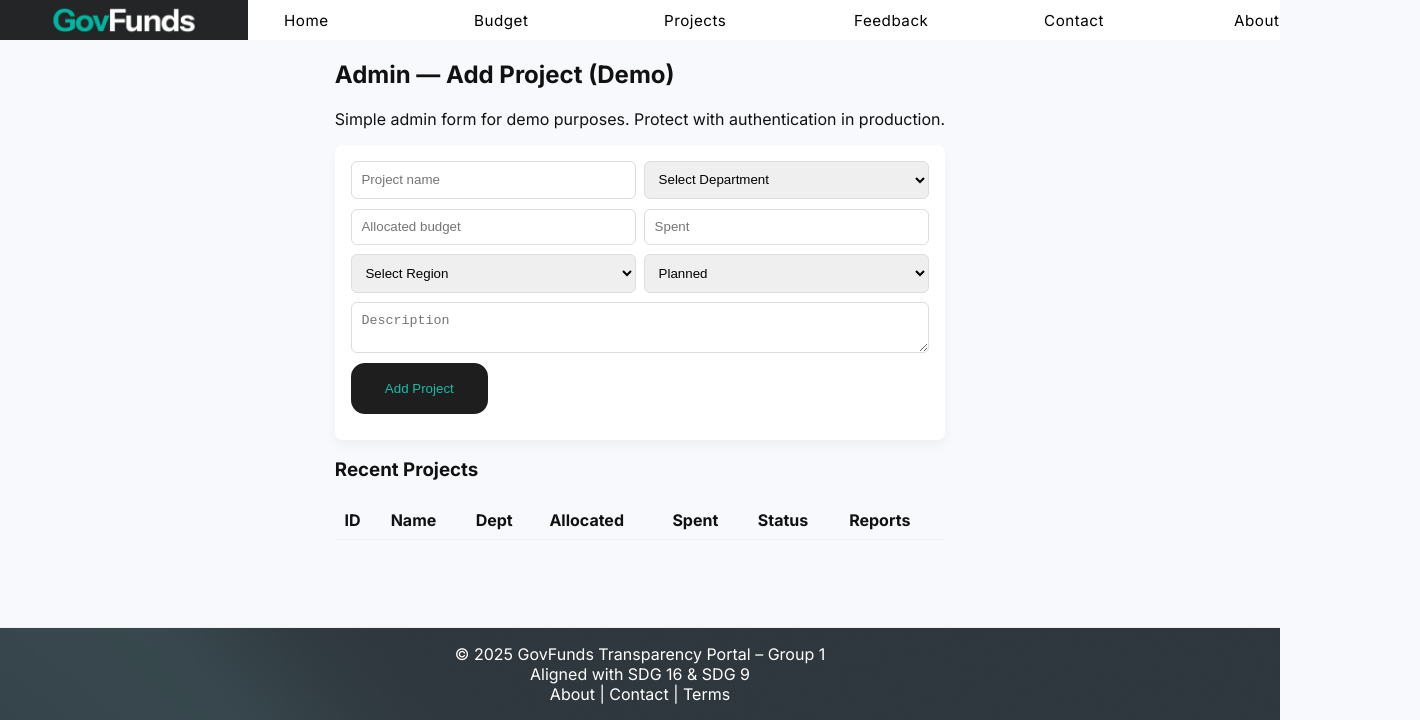
Repository: efren319/GovFunds
Page: http://localhost/admin
An editor plug-in stored every save of this project. The page is shown before and after the next save, followed by the edit.
The browser window is 1280 px wide. The page is 1420 px wide, so the pictures cover 1420 px, including what lies to the right of the window. The pictures show the whole page.
Some web fonts or font styles are not loaded; a fallback is used. The page is served by the project's application, run on Flask 3 (app.py).

Above is the page before, as saved 2025-11-18 09:02:28.

After the next save:
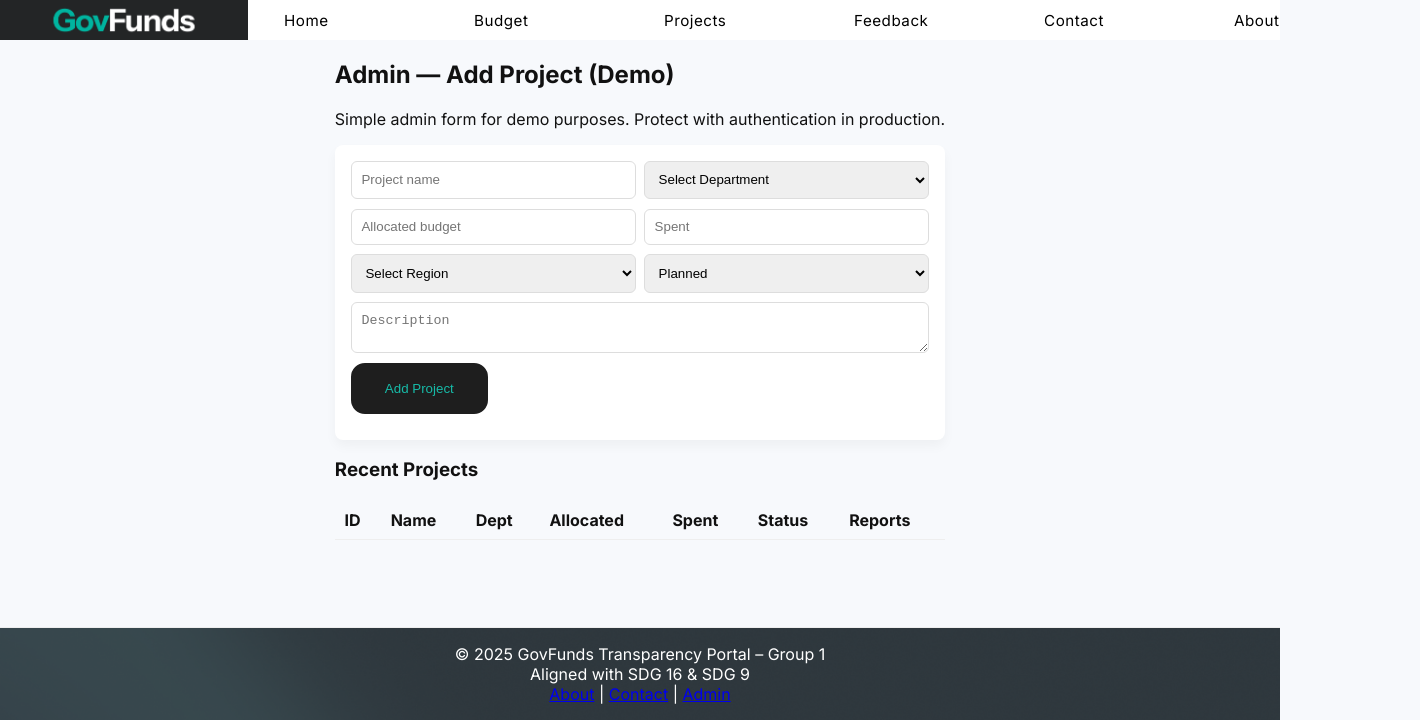
Saved 6 s later.
--- a/templates/base.html
+++ b/templates/base.html
@@ -49,7 +49,7 @@
     <div class="container">
       <div>© 2025 GovFunds Transparency Portal – Group 1</div>
       <div>Aligned with SDG 16 & SDG 9</div>
-      <div>About | Contact | Terms</div>
+      <div><a href="{{ url_for('about') }}">About</a> | <a href="{{ url_for('contact') }}">Contact</a> | <a href="{{ url_for('login') }}">Admin</a></div>
     </div>
   </footer>
 </body>
